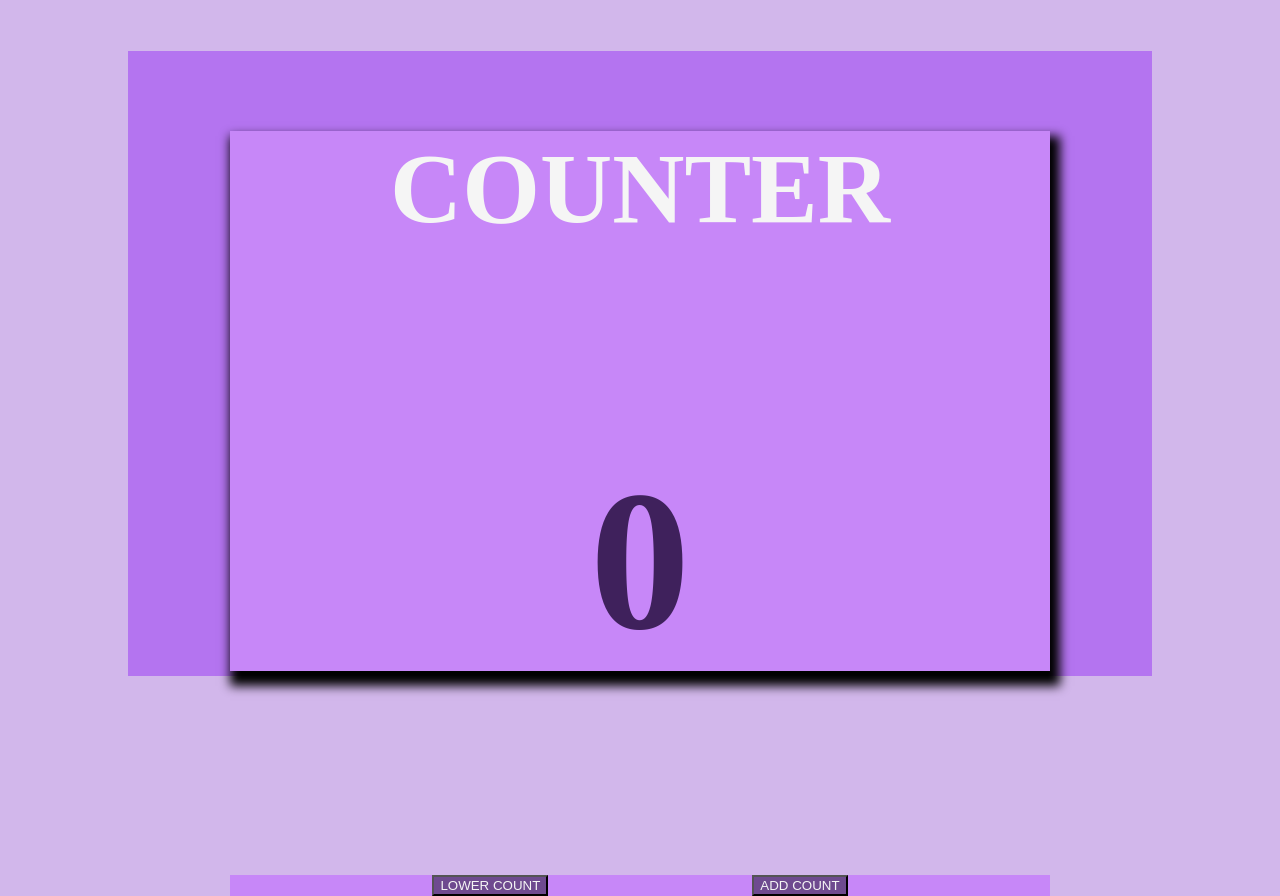
Repository: AnahitKhechumyan/Counter
Page: index.html
The author's editor kept a copy of each file at every save. The page is drawn from the files as they stood at one save, then again after the next save.
The browser window is 1280 px wide. The pictures show the whole page.

Above is the page before, as saved 2022-02-14 21:11:53.

After the next save:
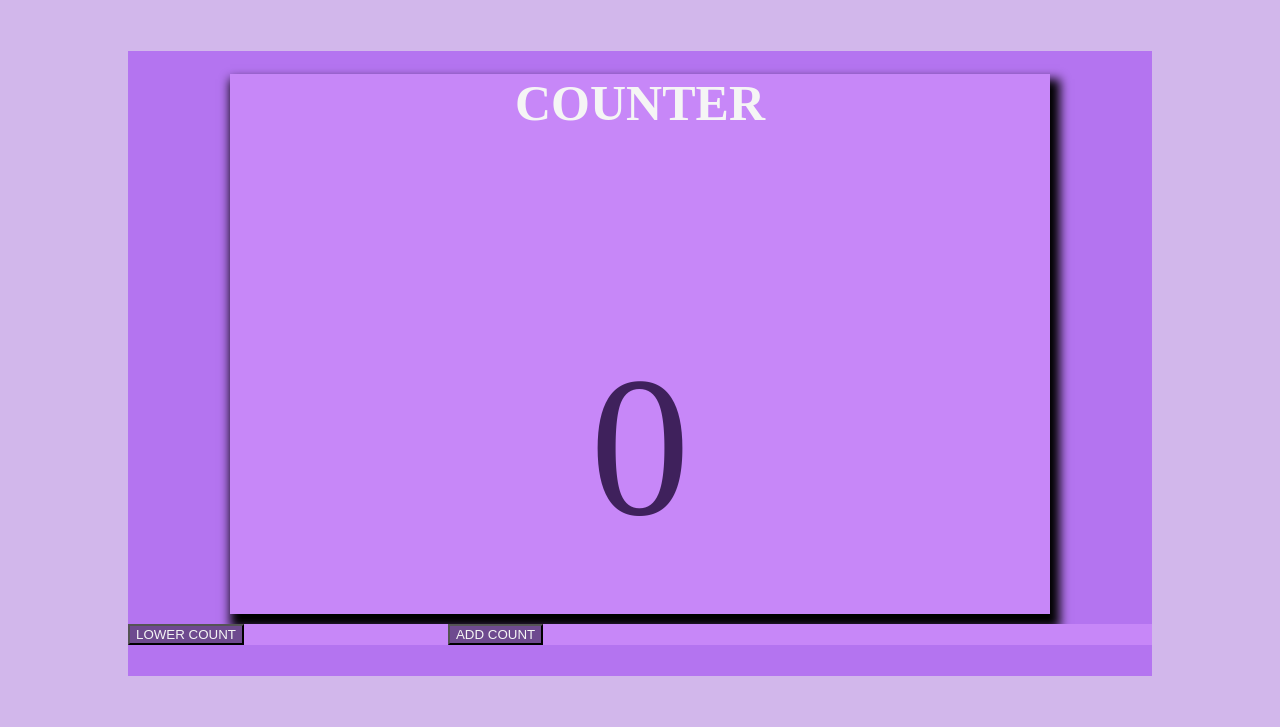
Saved 113 s later.
--- a/index.html
+++ b/index.html
@@ -9,9 +9,8 @@
 </head>
 <body>
     <div class="container">
-     <div class="main">
-            <div class="header">
-                <h1>COUNTER</h1>
+       <div class="main">
+            <div class="header">COUNTER</div>
             <p class= "counter">0</p>
            </div>
             <div class = "change">
